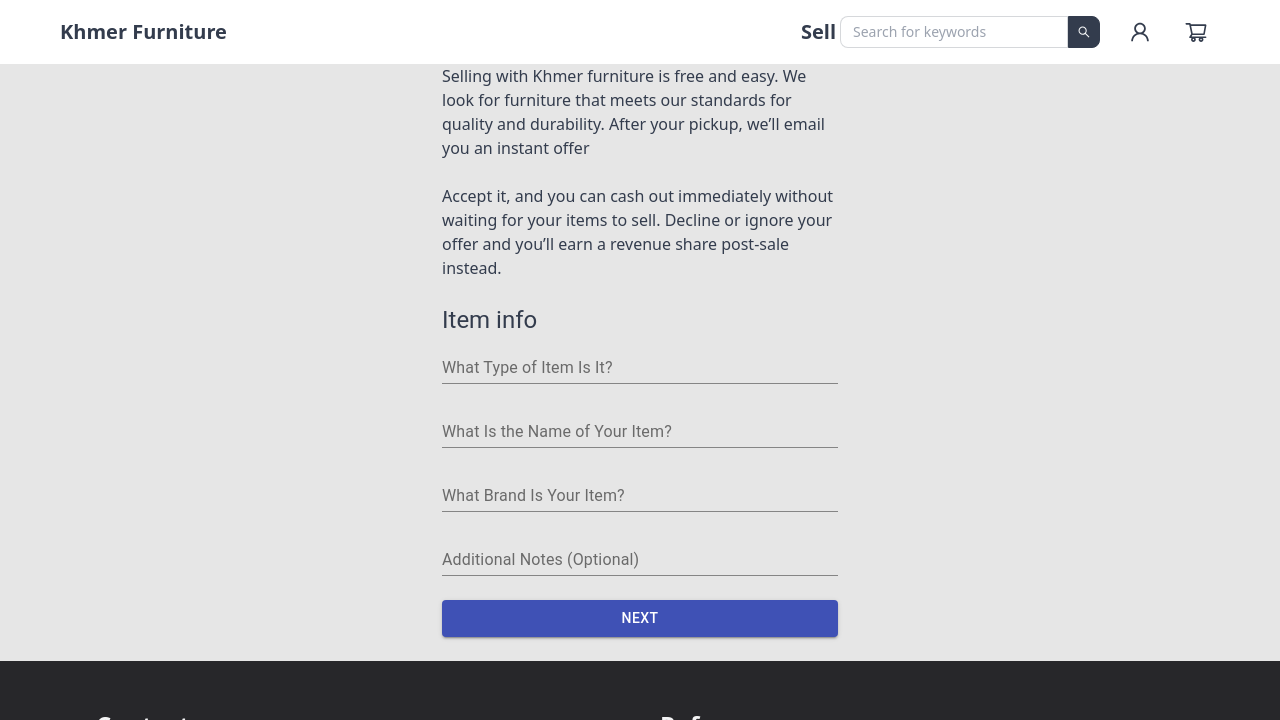
Repository: PlayerNguyen/dotot-shop
Page: /sell (app in client/)
These files come from the project's save history. The page is drawn as it stood at one moment and after the next save; the edit follows.
The browser window is 1280 px wide. The pictures show the whole page.
An inner scrolling area shows only its first screen. The project was rebuilt for these pictures with package versions that can differ from the ones it lists, and the page was loaded fresh each time. Also part of the build but not shown: client/src/components/NoMatch/NoMatch.jsx, client/src/components/Sell/UserDetails.js, client/src/components/Sell/Confirmation.js, client/src/components/Sell/Success.js.

Above is the page before, as saved 2022-12-06 12:33:03.

### client/src/index.html
<!DOCTYPE html>
<html lang="en" data-theme="emerald">
  <head>
    <meta charset="UTF-8" />
    <meta http-equiv="X-UA-Compatible" content="IE=edge" />
    <meta name="viewport" content="width=device-width, initial-scale=1.0" />
    <title>dotot.com - Nơi mua bán đồ cũ</title>
    <link rel="stylesheet" href="./index.css" />
  </head>
  <body>
    <div id="app"></div>

    <script src="./index.js" type="module"></script>
  </body>
</html>

### client/src/index.js
import React, { Suspense } from "react";
import client from "react-dom/client";
import { BrowserRouter } from "react-router-dom";
import App from "./App";
import "./index.css";
const appElement = document.getElementById("app");
let root = client.createRoot(appElement);
import { Provider } from "react-redux";
import { store } from "./stores/globalStore";

root.render(
  <React.StrictMode>
    <BrowserRouter>
      <Provider store={store}>
        <App />
      </Provider>
    </BrowserRouter>
  </React.StrictMode>
);

### client/src/App.jsx
import React, { Suspense } from "react";
import { ToastContainer } from "react-toastify";
import { Link, Route, Routes } from "react-router-dom";
const Home = React.lazy(() => import("./components/Home/Home"));
const Credentials = React.lazy(() =>
  import("./components/Credentials/Credentials")
);
import "react-toastify/dist/ReactToastify.css";
const SignUp = React.lazy(() => import("./components/Credentials/SignUp"));
const SignIn = React.lazy(() => import("./components/Credentials/SignIn"));
import Navbar from "./components/Navbar/Navbar";
const SignOut = React.lazy(() => import("./components/Credentials/SignOut"));
const CredentialSelection = React.lazy(() =>
  import("./components/Credentials/CredentialSelection")
);

import NoMatch from "./components/NoMatch/NoMatch";
import Footer from "./components/Footer/Footer";

const Product = React.lazy(() => import("./components/Product/Product"));
const ProductView = React.lazy(() =>
  import("./components/Product/ProductView")
);
const Profile = React.lazy(() => import("./components/Profile/Profile"));
const ProfileGeneral = React.lazy(() =>
  import("./components/Profile/ProfileGeneral")
);
const RequestSignedIn = React.lazy(() =>
  import("./components/RequestSignedIn/RequestSignedIn")
);

import { AiFillHome, AiOutlineUser } from "react-icons/ai";
const Checkout = React.lazy(() => import("./components/Checkout/Checkout"));

import Sell from "./components/Sell/Sell";

export default function App() {
  return (
    <div className="drawer bg-base-200">
      <input id="app-drawer" type="checkbox" className="drawer-toggle" />

      <div className="drawer-content flex flex-col">
        {/* Navbar */}
        <Suspense>
          <Navbar />
        </Suspense>

        {/* Render home */}
        <Routes>
          <Route path="/">
            <Route
              index
              element={
                <Suspense>
                  <Home />
                </Suspense>
              }
            />
            <Route
              path="/users"
              element={
                <Suspense>
                  <Credentials />
                </Suspense>
              }
            >
              {/* TODO: check whether user is logged in or not, to put current */}
              <Route
                index
                element={
                  <Suspense>
                    <CredentialSelection />
                  </Suspense>
                }
              />
              <Route
                path="/users/sign-up"
                element={
                  <Suspense>
                    <SignUp />
                  </Suspense>
                }
              />
              <Route
                path="/users/sign-in"
                element={
                  <Suspense>
                    <SignIn />
                  </Suspense>
                }
              />
              <Route path="/users/sign-out" element={<SignOut />} />
            </Route>
            <Route
              path="/products"
              element={
                <Suspense>
                  <Product />
                </Suspense>
              }
            >
              <Route
                path=":productId"
                element={
                  <Suspense>
                    <ProductView />
                  </Suspense>
                }
              />
            </Route>
            <Route
              element={
                <Suspense>
                  <RequestSignedIn />
                </Suspense>
              }
            >
              <Route
                path="/profile"
                element={
                  <Suspense>
                    <Profile />
                  </Suspense>
                }
              >
                <Route
                  path="/profile/general"
                  element={
                    <Suspense>
                      <ProfileGeneral />
                    </Suspense>
                  }
                />
              </Route>
            </Route>
            <Route
              path="/checkout"
              element={
                <Suspense>
                  <Checkout />
                </Suspense>
              }
            ></Route>
            <Route path="/sell" element={<Sell />} />
            <Route path="*" element={<NoMatch />} />
          </Route>
        </Routes>

        {/* Footer */}
        <Footer />
      </div>
      {/* Drawer side */}
      <div className="drawer-side">
        <label htmlFor="app-drawer" className="drawer-overlay"></label>
        <ul className="menu p-4 overflow-y-auto w-80 bg-base-100">
          <li>
            <Link to="/" className="">
              <i>
                <AiFillHome />
              </i>
              <span>Home</span>
            </Link>
          </li>

          <li>
            <Link to="/profile">
              <i>
                <AiOutlineUser />
              </i>
              <span>Users</span>
            </Link>
          </li>
        </ul>
      </div>

      <ToastContainer />
    </div>
  );
}

### client/src/stores/globalStore.ts
import { configureStore } from "@reduxjs/toolkit";
import cartSliceReducer from "../slices/CartSlice";
export const store = configureStore({
  reducer: {
    cart: cartSliceReducer,
  },
});

// Infer the `RootState` and `AppDispatch` types from the store itself
export type RootState = ReturnType<typeof store.getState>;
// Inferred type: {posts: PostsState, comments: CommentsState, users: UsersState}
export type AppDispatch = typeof store.dispatch;

### client/src/components/Navbar/Navbar.jsx
import { useState } from "react";
import {
  AiFillSetting,
  AiOutlineSearch,
  AiOutlineShoppingCart,
  AiOutlineUser,
} from "react-icons/ai";
import { ImExit } from "react-icons/im";
import { FiMenu } from "react-icons/fi";
import { Link } from "react-router-dom";

export default function Navbar() {
  const [cartSize, setCartSize] = useState(0);
  const [signedIn, setSignedIn] = useState(false);

  useState(() => {
    setSignedIn(localStorage.getItem("token") !== null);
  }, [localStorage]);

  return (
    <div className="navbar bg-base-100 lg:px-12">
      {/* Navbar start section */}
      <div className="flex flex-row lg:hidden">
        <label htmlFor="app-drawer" className="drawer-button btn btn-ghost">
          <FiMenu className="text-xl" />
        </label>
      </div>

      <div className="flex-1 px-3">
        <Link to="/">
          <h1 className="text-xl font-bold">Khmer Furniture</h1>
        </Link>
      </div>

      {/* Wide screen  */}
      <div className="hidden lg:flex flex-row gap-1 text-2xl">
      <Link to="/sell">
          <h1 className="text-xl font-bold">Sell </h1>
          <span></span>
        </Link>
        {/* Search group */}
        <div>
          <div className=" input-group">
            <input
              className="input input-bordered input-sm"
              placeholder="Search for keywords"
            />
            <button className="btn btn-square btn-sm">
              <AiOutlineSearch />
            </button>
          </div>
        </div>
        {/* Link group */}
        <div className="menu menu-horizontal p-2 rounded-box text-md">
          {!signedIn ? (
            <li>
              <Link to={"/users/"}>
                <AiOutlineUser />
              </Link>
            </li>
          ) : (
            <li>
              <div className="dropdown dropdown-end dropdown-hover block">
                <label tabIndex={0}>
                  <AiOutlineUser />
                </label>
                <ul
                  tabIndex={0}
                  className="menu dropdown-content p-2 shadow bg-base-100 rounded-box w-52 mt-4 text-sm"
                >
                  <li className="block">
                    <Link to="/profile">
                      <AiFillSetting />
                      Profile
                    </Link>
                  </li>
                  <li className="block">
                    <Link to={`/users/sign-out`}>
                      <ImExit />
                      Sign out
                    </Link>
                  </li>
                </ul>
              </div>
            </li>
          )}

          <li>
            <Link to={"/checkout"} className="relative">
              <AiOutlineShoppingCart />
              {cartSize && cartSize > 0 ? (
                <span className="text-sm ">{cartSize}</span>
              ) : null}
            </Link>
          </li>
        </div>
      </div>

      {/* For small screen */}
      <div className="lg:hidden">
        <div className="menu menu-horizontal p-2 rounded-box text-xl">
          {/* Shopping cart */}
          <li>
            <a className="relative">
              <span>
                <AiOutlineShoppingCart />
              </span>
              {cartSize && cartSize > 0 ? (
                <span className="absolute text-sm left-2 top-2 bg-red-400 px-2 rounded-full text-white">
                  {cartSize}
                </span>
              ) : null}
            </a>
          </li>
          {/* Search */}
          <li>
            <a className="relative">
              <AiOutlineSearch />
            </a>
          </li>
        </div>
      </div>
    </div>
  );
}

### client/src/components/Footer/Footer.jsx
import React from "react";
import { AiFillFacebook, AiFillPhone } from "react-icons/ai";

export default function Footer() {
  return (
    <div className="footer-wrapper bg-zinc-800 text-zinc-100 md:px-12">
      <footer className="footer p-12 min-h-[20vh] flex flex-col gap-4 sm:flex-row  sm:gap-10">
        <div className="flex flex-col gap-1 flex-1">
          {/* <div className="font-bold text-2xl">General</div> */}
          <div className={`font-bold text-2xl`}>Contact</div>

          <div>
            <div className="flex flex-row gap-2">
              <span>
                <AiFillPhone />
              </span>
              <span className="text-zinc-400">(+84) 123456789</span>
            </div>
            {/* Social medias */}
            <div className="flex flex-row text-2xl my-1">
              <div>
                <AiFillFacebook />
              </div>
              <div>
                <AiFillFacebook />
              </div>
            </div>
          </div>
        </div>

        <div className="flex-1">
          <div className="text-2xl font-bold">References</div>
          <div className="text-zinc-400">
            <div>Policies</div>
            <div>Exchange and Refurbish</div>
            <div>Warranty</div>
          </div>
        </div>
      </footer>
    </div>
  );
}

### client/src/components/Sell/Sell.jsx
import React, { Component } from 'react'
import ProductDetails from './ProductDetails';
import UserDetails from './UserDetails';
import Confirmation from './Confirmation';
import Success from './Success';

export default class Sell extends Component{

  state = {
    step: 1,
    category: '',
    productName: '',
    brandName: '',
    firstName: '',
    lastName: '',
    country: '',
    levelOfEducation: '',
  }

  // go back to previous step
  prevStep = () => {
    const { step } = this.state;
    this.setState({ step: step - 1 });
  }

  // proceed to the next step
  nextStep = () => {
    const { step } = this.state;
    this.setState({ step: step + 1 });
  }

  // Handle fields change
  handleChange = input => e => {
    this.setState({ [input]: e.target.value });
  }

  render() {
    const { step } = this.state;
    const { category, productName, brandName, firstName, lastName, country, levelOfEducation } = this.state;
    const values = { category, productName, brandName, firstName, lastName, country, levelOfEducation }

    switch(step) {
      case 1:
        return (
          <ProductDetails
            nextStep={ this.nextStep }
            handleChange={ this.handleChange }
            values={ values }
          />
        )
      case 2:
        return (
          <UserDetails
            prevStep={ this.prevStep }
            nextStep={ this.nextStep }
            handleChange={ this.handleChange }
            values={ values }
          />
        )
      case 3:
          return (
            <Confirmation
              prevStep={ this.prevStep }
              nextStep={ this.nextStep }
              values={ values }
            />
          )
        case 4:
          return (
            <Success />
          )
      default:
          // do nothing
    }
  }

}

### client/src/slices/CartSlice.ts
import { createSlice } from "@reduxjs/toolkit";
import type { PayloadAction } from "@reduxjs/toolkit";

const cart = localStorage.getItem(
  process.env.CART_ITEM_KEY_NAME ? process.env.CART_ITEM_KEY_NAME : "cartItems"
);
const initialState = {
  items: cart ? JSON.parse(cart) : new Set(),
};

const CartSlice = createSlice({
  name: "Cart",
  initialState,
  reducers: {
    addCartItem: (state, action: PayloadAction<string>) => {
      if (!state.items.includes(action.payload)) {
        state.items = [...state.items, action.payload];
      }
    },
    removeCartItem: (state, action: PayloadAction<string>) => {
      state.items = [...state.items].filter((ele) => ele !== action.payload);
    },
    clearCartItem: (state) => {
      state.items = [];
    },
  },
});

export const { addCartItem, removeCartItem, clearCartItem } = CartSlice.actions;

export default CartSlice.reducer;

### client/src/components/Sell/ProductDetails.js
import React from 'react'
// import { makeStyles } from '@material-ui/core/styles';
import { Container, Typography, Grid, TextField, Button } from '@material-ui/core'


const ProductDetails = ({ nextStep, handleChange, values }) => {

    // for continue event listener
    const Continue = e => {
      e.preventDefault();
      nextStep();
    }

    return (
      <Container  component="main" maxWidth="xs">
        <div>
        <div> Selling with Khmer furniture is free and easy. We look for furniture that meets our standards for quality and durability.
          After your pickup, we’ll email you an instant offer </div>
          <br/>
          <div> Accept it, and you can cash out immediately without waiting for your items to sell.
           Decline or ignore your offer and you’ll earn a revenue share post-sale instead.</div>
           <br/>
          <Typography  component="h1" variant="h5" className='content-center bold'>
           Item info
          </Typography>
          <form>
            <Grid container spacing={2}>
                {/* Category */}
                <Grid item xs={12}>
                  <TextField
                    placeholder="Category type"
                    label="What Type of Item Is It?"
                    onChange={handleChange('category')}
                    defaultValue={values.category}
                    // variant="outlined"
                    // autoComplete="chair"
                    fullWidth
                  />
                </Grid>
                <br />
                {/* Product Name */}
                <Grid item xs={12}>
                  <TextField
                    placeholder="Product Name "
                    label="What Is the Name of Your Item?"
                    onChange={handleChange('productName')}
                    defaultValue={values.productName}
                    // variant="outlined"
                    // autoComplete="productName"
                    fullWidth
                  />
                </Grid>
                <br />
                {/* Brand Name */}
                <Grid item xs={12}>
                  <TextField
                    placeholder="Brand Name"
                    label="What Brand Is Your Item? "
                    onChange={handleChange('brandName')}
                    defaultValue={values.brandName}
                    // variant="outlined"
                    // autoComplete="password"
                    fullWidth
                    // type="password"
                  />
                </Grid>
                  {/* Additional Notes */}
              <Grid item xs={12}>
                <TextField
                  placeholder="Additional Notes (Optional)"
                  label="Additional Notes (Optional)"
                  onChange={handleChange('levelOfEducation')}
                  defaultValue={values.levelOfEducation}
                  autoComplete="Level of Education"
                  fullWidth
                />
              </Grid>
            </Grid>
            <br />
            <Button
              onClick={ Continue }
              type="submit"
              fullWidth
              variant="contained"
              color="primary"
            >
              Next
            </Button>
          </form>
        </div>
        <br/>
      </Container>
    )
  }

  export default ProductDetails

### client/tailwind.config.js
/** @type {import('tailwindcss').Config} */
module.exports = {
  content: ["./src/**/*.{html,js,ts,jsx,tsx}"],
  theme: {
    extend: {},
  },
  plugins: [require("daisyui")],
  // daisyUI config (optional)
  daisyui: {
    styled: true,
    themes: true,
    base: true,
    utils: true,
    logs: true,
    rtl: false,
    prefix: "",
    darkTheme: "dark",
  },
};

Loaded but not shown: client/src/index.css (common file)

After the next save:
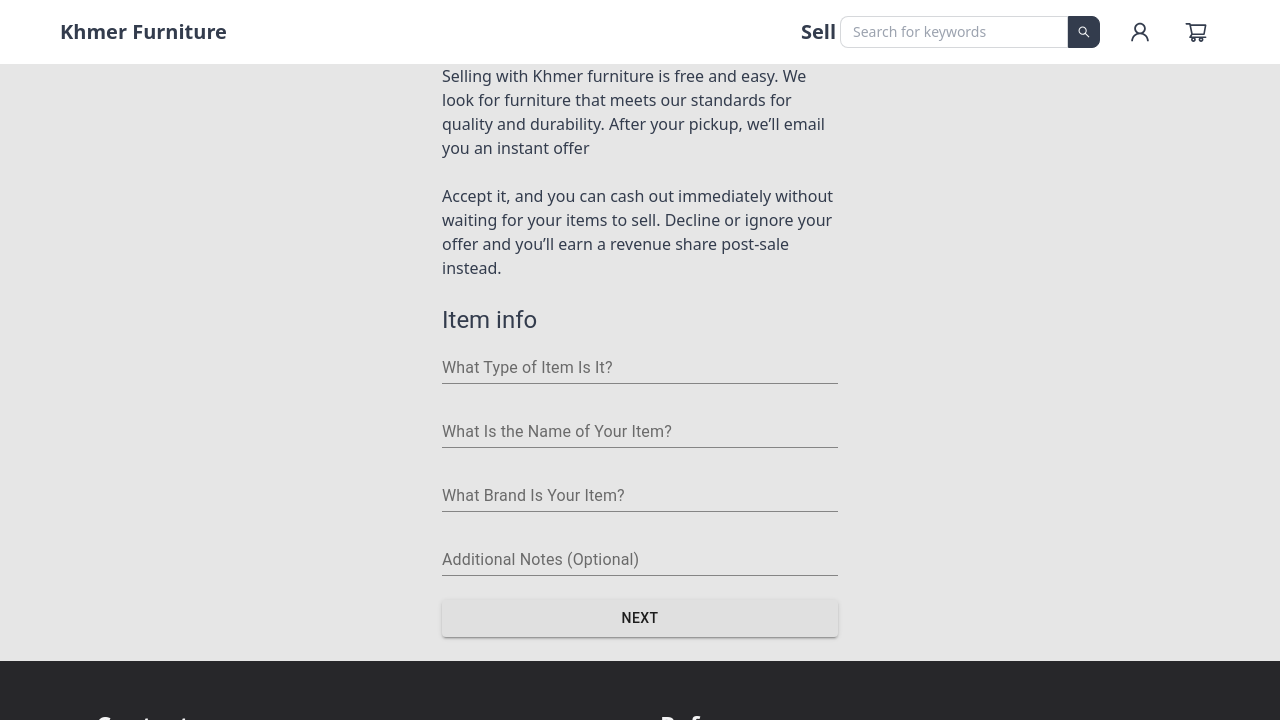
Saved 4 min 31 s later.
--- a/client/src/components/Sell/ProductDetails.js
+++ b/client/src/components/Sell/ProductDetails.js
@@ -82,7 +82,7 @@
               type="submit"
               fullWidth
               variant="contained"
-              color="primary"
+              color="blue"
             >
               Next
             </Button>

After the save that followed:
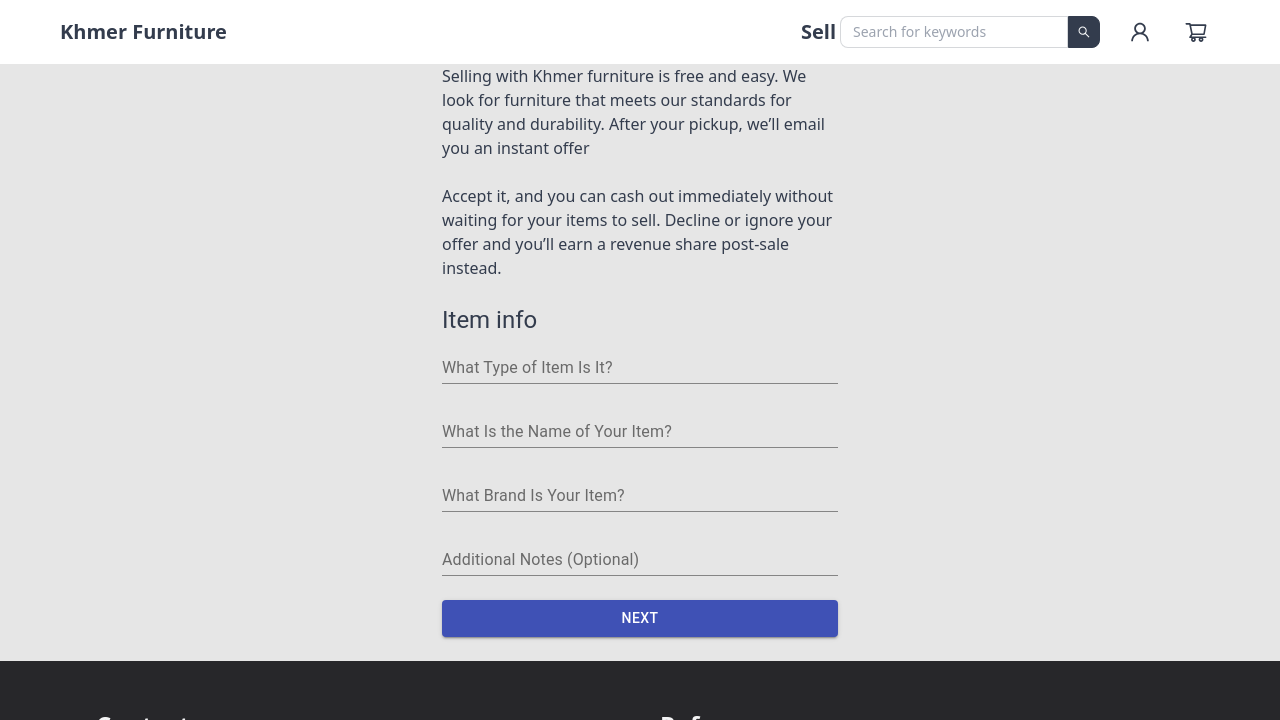
Saved 18 s later.
--- a/client/src/components/Sell/ProductDetails.js
+++ b/client/src/components/Sell/ProductDetails.js
@@ -82,7 +82,7 @@
               type="submit"
               fullWidth
               variant="contained"
-              color="blue"
+              color="primary"
             >
               Next
             </Button>
